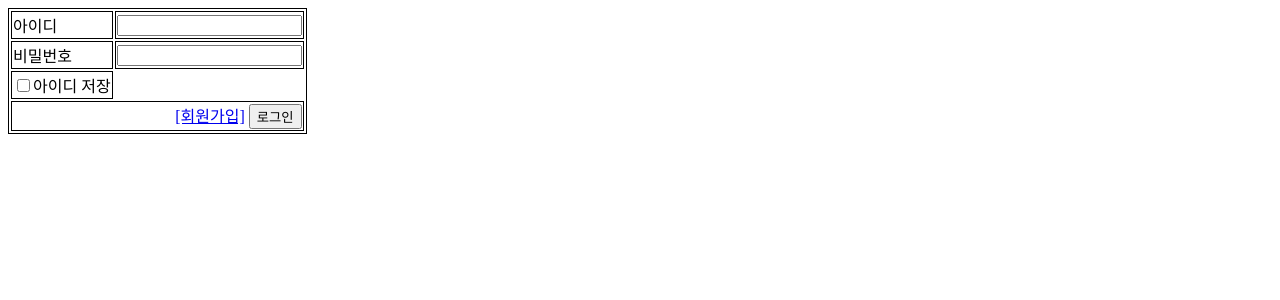
Repository: Gabintree/JDBC2019
Page: http://localhost/JDBC_20190521/chap10_01_LoginForm.jsp
These files come from the project's save history. The page is drawn as it stood at one moment and after the next save; the edit follows.
The browser window is 1280 px wide. The pictures show the whole page.
The page is served by Tomcat 9.

Above is the page before, as saved 2019-05-23 00:59:02.

After the next save:
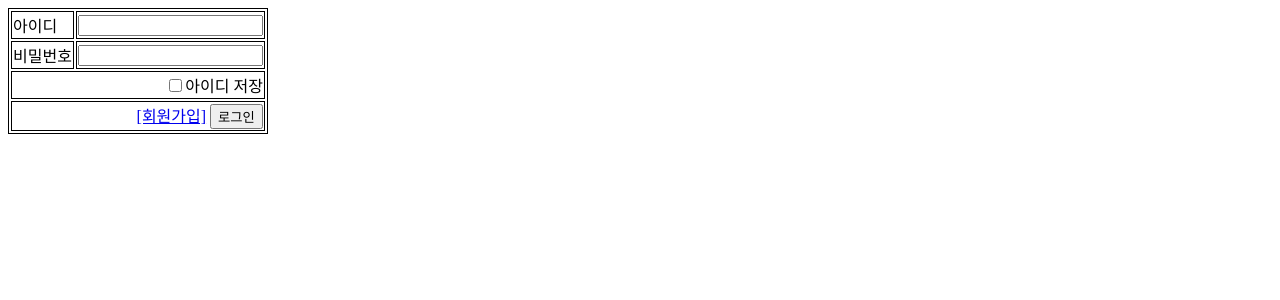
Saved 9 s later.
--- a/JDBC_20190521/WebContent/chap10_01_LoginForm.jsp
+++ b/JDBC_20190521/WebContent/chap10_01_LoginForm.jsp
@@ -24,7 +24,7 @@ border : 1px solid black;
 			<td><input type ="text" name="pw"></td>
 		</tr>
 		<tr>
-			<td>
+			<td colspan="2" style = "text-align: right;">
 			<input type="checkbox" value="아이디저장">아이디 저장
 			</td>
 		</tr>

After the save that followed:
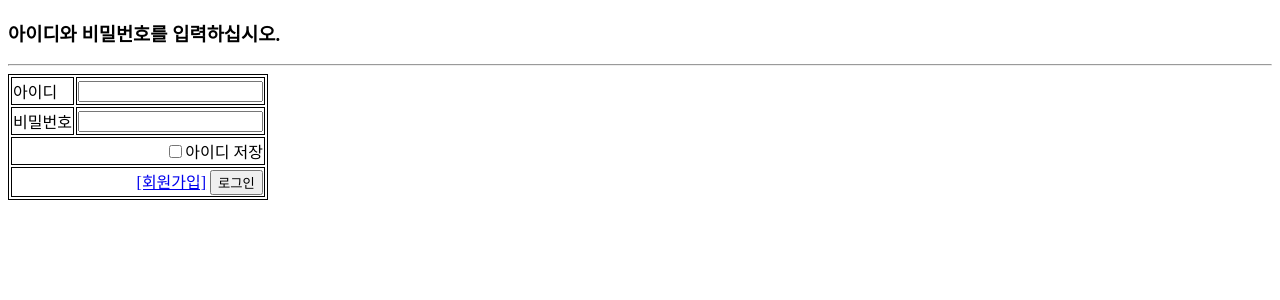
Saved 27 s later.
--- a/JDBC_20190521/WebContent/chap10_01_LoginForm.jsp
+++ b/JDBC_20190521/WebContent/chap10_01_LoginForm.jsp
@@ -13,6 +13,8 @@ border : 1px solid black;
 </head>
 <body>
 
+<h3>아이디와 비밀번호를 입력하십시오.</h3>
+<hr>
 <form  method = "post">
 	<table>
 		<tr>
